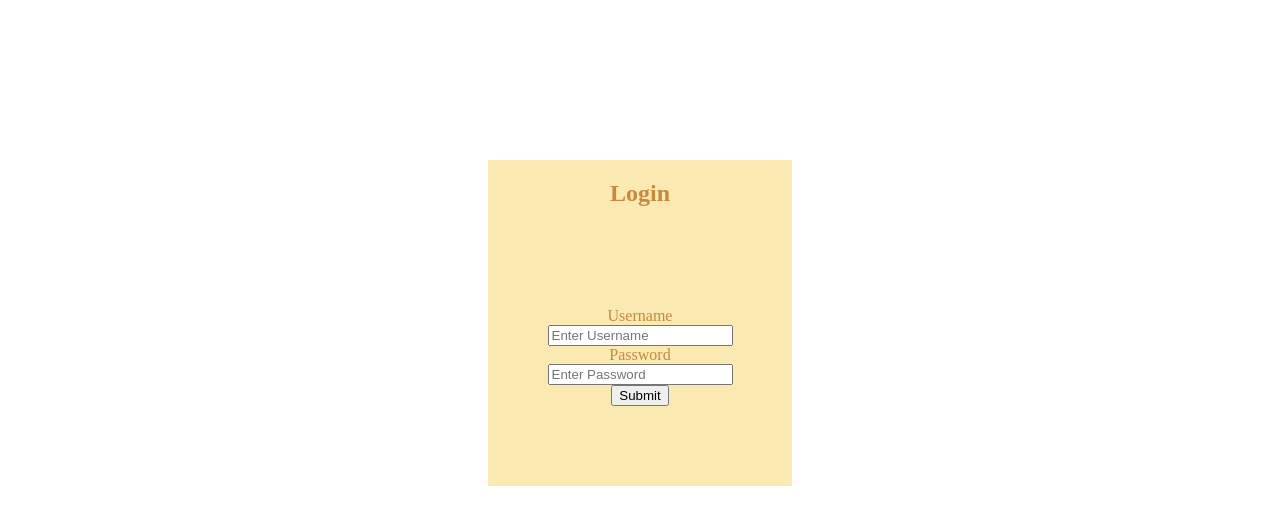
Repository: Shivamkr522/Contact_Us_Page
Page: http://localhost/ContactUs/login.jsp
These files come from the project's save history. The page is drawn as it stood at one moment and after the next save; the edit follows.
The browser window is 1280 px wide. The pictures show the whole page.
The page is served by Tomcat 9.

Above is the page before, as saved 2022-12-11 13:23:24.

After the next save:
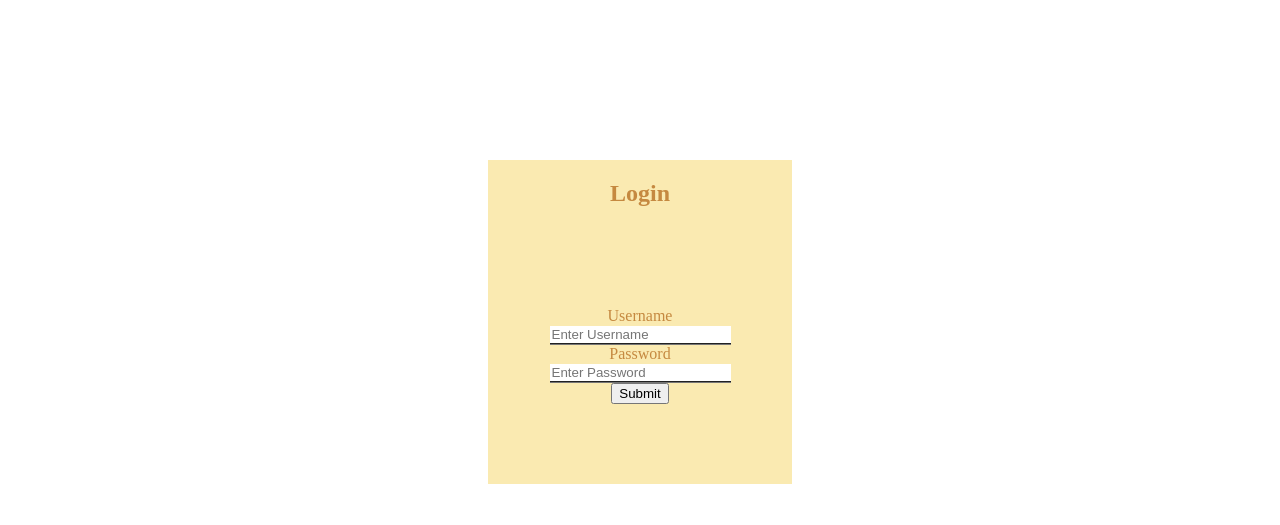
Saved 2 min 52 s later.
--- a/ContactUs/src/main/webapp/login.css
+++ b/ContactUs/src/main/webapp/login.css
@@ -12,6 +12,13 @@ h2{
 	color: #C58940;
 }
 
+input{
+	border-top-style: hidden;
+ 	border-right-style: hidden;
+	border-left-style: hidden;
+	border-bottom-style: groove;
+}
+
 form{
 	text-align: center;
 	padding: 5rem 0;
